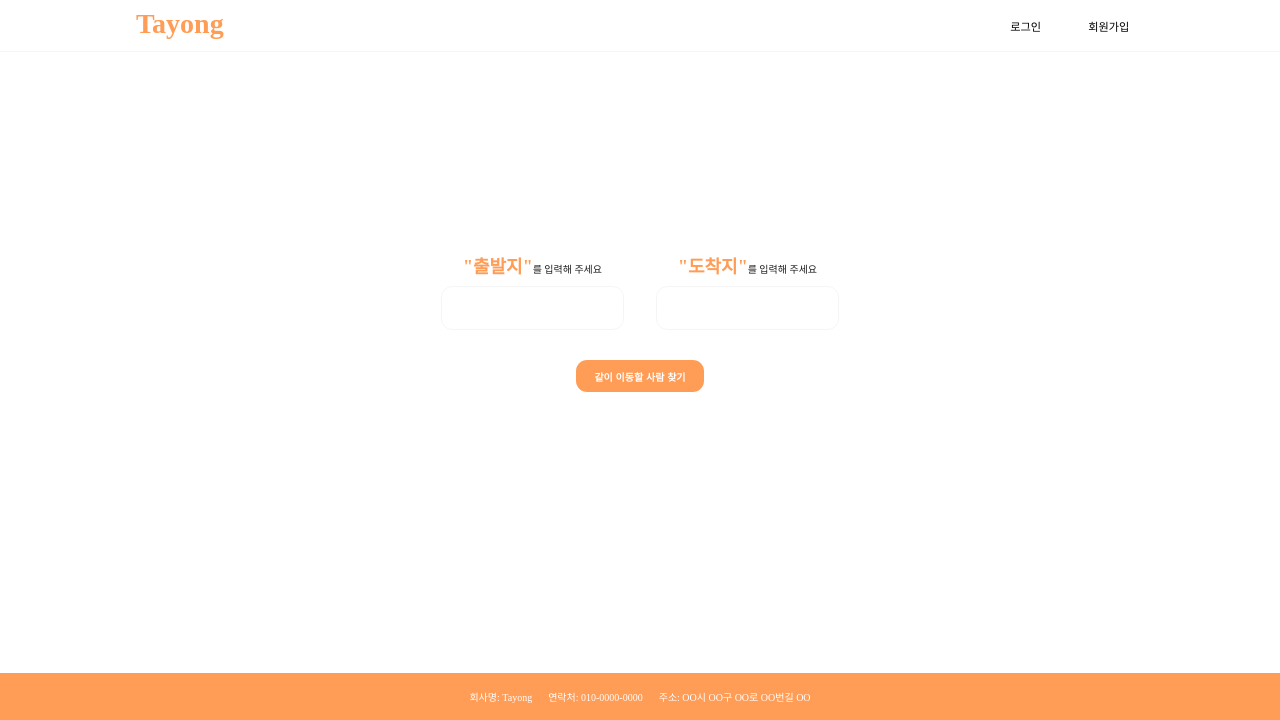
Repository: YEOMJINSEOP/playground
Page: / (app in tayong/)
The author's editor kept a copy of each file at every save. The page is drawn from the files as they stood at one save, then again after the next save.
The browser window is 1280 px wide. The pictures show the whole page.
The project was rebuilt for these pictures with package versions that can differ from the ones it lists, and the page was loaded fresh each time.

Above is the page before, as saved 2022-10-28 14:39:32.

### tayong/src/App.js
import styles from './App.module.css';
import Header from './components/header/header';
import Footer from './components/footer/footer';
import LocationSelector from './components/locationSelector/locationSelector';

function App() {
  return (
    <>
    <Header/>
    <LocationSelector/>
    <Footer/>
    </>
  );
}

export default App;

### tayong/src/App.module.css
:root{

  /* color */
  --color-orange: #FF9C55;
  --color-light-grey: #f5f5f5;
  --color-white: #ffffff;
  --color-black: #201F1E;

  /* font size */
  --font-large: 48px;
  --font-medium: 28px;
  --font-regular: 18px;
  --font-small: 16px;
  --font-micro: 10px;

  /* font weight */
  --weight-bold: 700;
  --weight-semi-bold: 600;
  --weight-regular: 400;

 /* border weight */
 --border-weight: 1.5px;

 /* border radius */
 --border-radius: 0.7rem;
}

/* universal setting*/
*{
  margin: 0;
}

input:focus{
  outline: none;
}

button{
  border: none;
  cursor: pointer;
  background-color: transparent;
}

### tayong/src/components/header/header.jsx
import React from 'react';
import styles from './header.module.css';

function Header(props) {
  return (
    <>
      <nav className={styles.navbar}>

        <p className={styles.logo}>Tayong</p>

        <div className={styles.navbarBtn}>
          <button className={styles.btn}>로그인</button>
          <button className={styles.btn}>회원가입</button>
        </div>

      </nav>
    </>
  );
}

export default Header;

### tayong/src/components/footer/footer.jsx
import React from 'react';
import styles from './footer.module.css';

function Footer(props) {
  return (
    <>
     <footer className={styles.footer}>
      <p className={styles.name}>회사명: Tayong</p>
      <p className={styles.phone}>연락처: 010-0000-0000</p>
      <p className={styles.address}>주소: OO시 OO구 OO로 OO번길 OO</p>
     </footer>
    </>
  );
}

export default Footer;

### tayong/src/components/locationSelector/locationSelector.jsx
import React, { useState } from 'react';
import styles from './locationSelector.module.css';

function LocationSelector(props) {
  const [departure, setDeparture] = useState('');
  const [arrival, setArrival] = useState('');
  const handleSubmit = (e) => {
    e.preventDefault();
  }
  return (
    <form onSubmit = {handleSubmit} className={styles.locationSelector}>
      <div className={styles.location}>
        <div className={styles.departure}>
          <div className={styles.info}><span>"출발지"</span>를 입력해 주세요</div>
          <label htmlFor='departure'></label>
            <input
              type="text"
              id='departure'
              name='departure'
              value = {departure}
              onChange = {
                (e) => {
                  setDeparture(e.target.value);
                }
              }
          />
        </div>
        <div className={styles.arrival}>
            <div className={styles.info}><span>"도착지"</span>를 입력해 주세요</div>
            <label htmlFor='arrival'></label>
            <input
            id='arrival'
            name='arrival'
            value={arrival}
            type="text"
            onChange={
              (e) => {
                setArrival(e.target.value);
              }
            } />
        </div>
      </div>
        <button className={styles.submitBtn}>같이 이동할 사람 찾기</button>
    </form>
  );
}

export default LocationSelector;

### tayong/src/components/header/header.module.css
@import '../../App.module.css';

button{
  width: 4rem;
  font-size: 0.7rem;
}

.navbar{
  width: 100%;
  padding: 0.5rem;

  position: fixed;

  background-color: var(--color-white);
  border-bottom: var(--border-weight) solid var(--color-light-grey);

  display: flex;
  justify-content: space-between;
}

.logo{
  font-size: var(--font-medium);
  font-weight: bold;
  color: var(--color-orange);
  padding-left: 8rem;
  margin-bottom: 0.2rem;
  cursor: pointer;
}

.navbarBtn{
  display: flex;
  flex-direction: row;
  align-items: center;
  padding-right: 8rem;
}

.btn{
  margin-right: 1.2rem;
  height: 1.2rem;
  padding: 0;
  cursor: pointer;
}

### tayong/src/components/footer/footer.module.css
@import '../../App.module.css';

.footer{
  width: 100%;
  padding: 1rem;

  position: fixed;
  bottom: 0;

  background-color: var(--color-orange);
  color: var(--color-white);

  display: flex;
  flex-direction: row;
  justify-content: center;
  font-size: var(--font-micro)
}

p{
  padding-left: 1rem;
}

.address{
  margin-right: 3rem;
}

### tayong/src/components/locationSelector/locationSelector.module.css
@import '../../App.module.css';

.locationSelector{
  position: fixed;

  width: 100%;
  margin: auto;
  top: 35%;

  display: flex;
  flex-direction: column;
  align-items: center;
}

.location{
  display: flex;
  flex-direction: row;
  justify-content: space-between;
  margin-bottom: 30px;
}

.departure, .arrival{
  margin: 0 1rem;
}

input{
  height: 40px;
  border: var(--border-weight) solid var(--color-light-grey) ;
  border-radius: 0.7rem;
}

.info{
  font-size: var(--font-micro);
  color: var(--color-black);
  text-align: center;
  padding-bottom: 0.5rem;
}

span{
  font-size: var(--font-regular);
  font-weight: var(--weight-bold);
  color: var(--color-orange);
}

.submitBtn{
  outline: none;
  width: 8rem;
  height: 2rem;
  color: var(--color-white);
  font-size: var(--font-micro);
  font-weight: var(--weight-bold);
  background-color: var(--color-orange);
  border-radius: var(--border-radius) ;
}

.submitBtn:focus{
  outline: none;
}

Loaded but not shown: tayong/public/index.html (common file); tayong/src/index.js (common file); tayong/src/index.css (common file); tayong/src/reportWebVitals.js (common file)

After the next save:
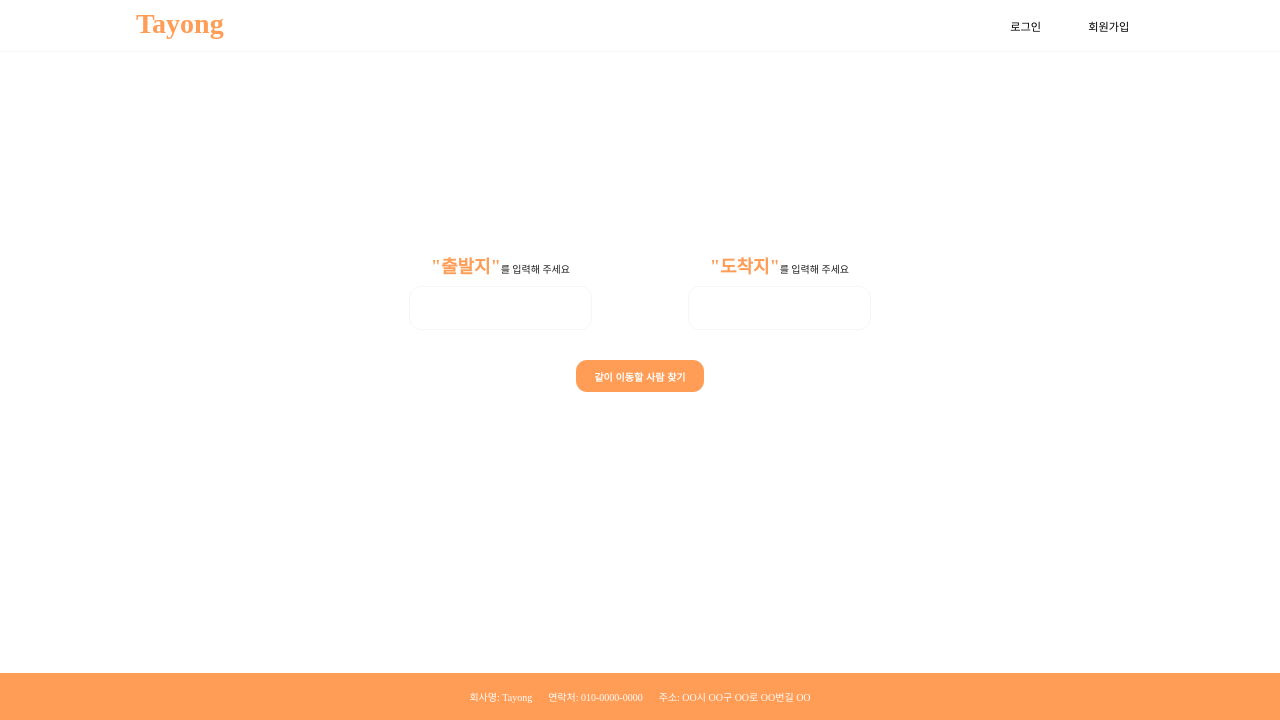
Saved 19 s later.
--- a/tayong/src/components/locationSelector/locationSelector.module.css
+++ b/tayong/src/components/locationSelector/locationSelector.module.css
@@ -20,7 +20,7 @@
 }
 
 .departure, .arrival{
-  margin: 0 1rem;
+  margin: 0 3rem;
 }
 
 input{
@@ -52,7 +52,3 @@ span{
   background-color: var(--color-orange);
   border-radius: var(--border-radius) ;
 }
-
-.submitBtn:focus{
-  outline: none;
-}
